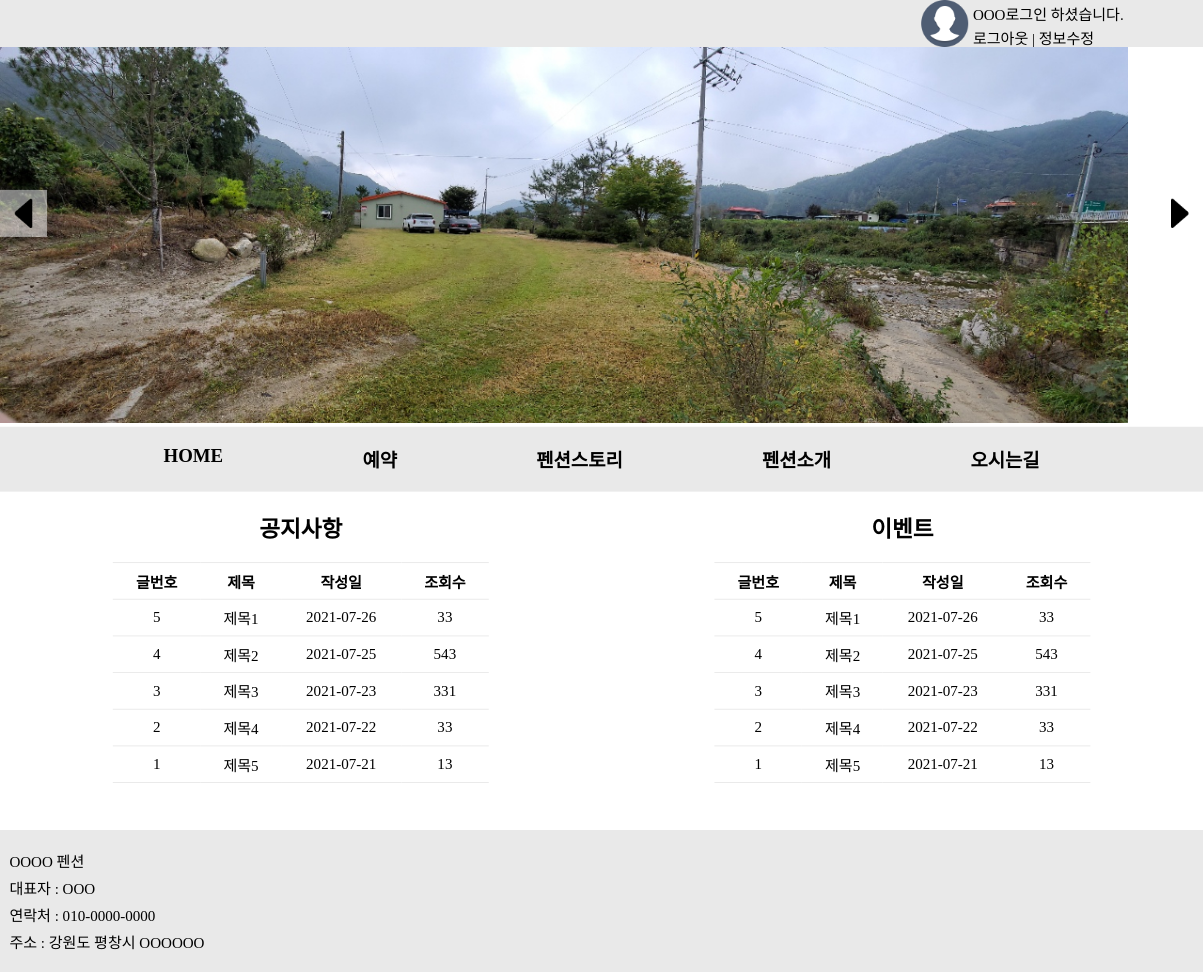
Repository: cdnwell/Jsp
Page: http://localhost/Step01/07_index.jsp
These files come from the project's save history. The page is drawn as it stood at one moment and after the next save; the edit follows.
The browser window is 1280 px wide. The pictures show the whole page, at 94% of full size.
The page is served by Tomcat 9.

Above is the page before, as saved 2022-06-29 06:01:43.

### Step01/src/main/webapp/07_index.jsp
<%@ page language="java" contentType="text/html; charset=UTF-8"
    pageEncoding="UTF-8"%>
<!DOCTYPE html>
<html>
<head>
    <meta charset='utf-8'>
    <meta http-equiv='X-UA-Compatible' content='IE=edge'>
    <title>펜션</title>
    <meta name='viewport' content='width=device-width, initial-scale=1'>

</head>
<body>
<jsp:include page="template/pheader.jsp"></jsp:include>
<section>
    <article>
        <h2>공지사항</h2>
        <table>
            <tr>
                <th>글번호</th>
                <th>제목</th>
                <th>작성일</th>
                <th>조회수</th>
            </tr>
            <tr>
                <td>5</td>
                <td>제목1</td>
                <td>2021-07-26</td>
                <td>33</td>
            </tr>
            <tr>
                <td>4</td>
                <td>제목2</td>
                <td>2021-07-25</td>
                <td>543</td>
            </tr>
            <tr>
                <td>3</td>
                <td>제목3</td>
                <td>2021-07-23</td>
                <td>331</td>
            </tr>
            <tr>
                <td>2</td>
                <td>제목4</td>
                <td>2021-07-22</td>
                <td>33</td>
            </tr>
            <tr>
                <td>1</td>
                <td>제목5</td>
                <td>2021-07-21</td>
                <td>13</td>
            </tr>
        </table>
    </article>
    <article>
        <h2>이벤트</h2>
        <table>
            <tr>
                <th>글번호</th>
                <th>제목</th>
                <th>작성일</th>
                <th>조회수</th>
            </tr>
            <tr>
                <td>5</td>
                <td>제목1</td>
                <td>2021-07-26</td>
                <td>33</td>
            </tr>
            <tr>
                <td>4</td>
                <td>제목2</td>
                <td>2021-07-25</td>
                <td>543</td>
            </tr>
            <tr>
                <td>3</td>
                <td>제목3</td>
                <td>2021-07-23</td>
                <td>331</td>
            </tr>
            <tr>
                <td>2</td>
                <td>제목4</td>
                <td>2021-07-22</td>
                <td>33</td>
            </tr>
            <tr>
                <td>1</td>
                <td>제목5</td>
                <td>2021-07-21</td>
                <td>13</td>
            </tr>
        </table>
    </article>
</section>
<jsp:include page="template/pfooter.jsp"></jsp:include>
</body>
</html>

### Step01/src/main/webapp/template/pheader.jsp
<%@ page language="java" contentType="text/html; charset=UTF-8"
    pageEncoding="UTF-8"%>
<style>
        *{
            margin: 0;
            padding: 0;
        }
        .flex_container{
            display: flex;
            flex-direction: column;
            width: 1200px;
            margin: 0 auto;
            font-size: 0px;
        }
        #member_bar{
            height: 50px;
            background-color: #e9e9e9;
            text-align: right;
        }
        #member_bar img{
            width: 50px;
            float: left;
        }
        #member_bar > div > p{
            width: 200px;
            float: left;
            font-size: 16px;
            text-align: left;
            padding-left: 5px;
            margin-top: 2px;
        }
        #member_bar > div{
            width: 300px;
            display: inline-block;
        }
        nav{
            padding:20px 100px;
            background-color: #e9e9e9;
        }
        nav ul{
            list-style-type: none;
            display: flex;
            flex-direction: row;
            justify-content: space-around;
        }

        nav a:link,nav a:visited{
            font-size: 20px;
            font-weight: bold;
            text-decoration: none;
            color:black;
        }
        .ad_img {
            position: relative;
        }
        .ad_img button{
            background: none;
            border: none;
            position: absolute;
            background-color: rgba(255, 255, 255, 0.5);
            width: 50px;
            height: 50px;
        }
        .ad_img button img{
            width: 50px;
        }
        .left_arrow{
            top : calc(50% - 50px);
        }
        .right_arrow{
            top : calc(50% - 50px);
            right: 0px;
            transform: rotate(180deg);
        }
        section{
            margin-top: 20px;
            display: flex;
            flex-direction: row;
            justify-content: space-around;
        }
        section h2{
            font-size : 24px;
            margin-bottom: 20px;
            text-align: center;
        }
        section table{
            width: 100%;
            border-collapse: collapse;
            font-size: 16px;
            text-align: center;
        }
        section table td,section table th{
            padding:7px 20px;
            border-top: 1px solid #e9e9e9;
            border-bottom: 1px solid #e9e9e9;
        }

        article{
            width: 400px;
        }
        footer{
            margin-top: 50px;
            padding:15px 10px;
            font-size: 16px;
            background-color: #e9e9e9;
        }
        footer ul{
            list-style-type: none;
        }
        footer ul li{
            margin: 5px 0px;
        }
    </style>


        <header>
   <div id="member_bar">
      <div>
         <img src="resource/images/profile.png" alt="">
         <p>OOO로그인 하셨습니다.</p>
         <p>로그아웃 | 정보수정</p>
      </div>
   </div>
   <div class="ad_img">
      <button class="left_arrow">
         <img src="resource/images/left_arrow.png" alt="">
      </button>
      <button class="right_arrow">
         <img src="resource/images/left_arrow.png" alt="">
      </button>
      <img src="resource/images/main_4.jpg" alt="">
   </div>
</header>
<nav>
   <ul>
      <li><a href="main.jsp">HOME</a></li>
      <li><a href="sub_page2.jsp">예약</a></li>
      <li><a href="#">펜션스토리</a></li>
      <li><a href="#">펜션소개</a></li>
      <li><a href="sub_page1.jsp">오시는길</a></li>
   </ul>
</nav>

### Step01/src/main/webapp/template/pfooter.jsp
<%@ page language="java" contentType="text/html; charset=UTF-8"
    pageEncoding="UTF-8"%>
<footer>
      <ul>
         <li>OOOO 펜션</li>
         <li>대표자 : OOO</li>
         <li>연락처 : 010-0000-0000</li>
         <li>주소 : 강원도 평창시 OOOOOO</li>
      </ul>
   </footer>
</div>

After the next save:
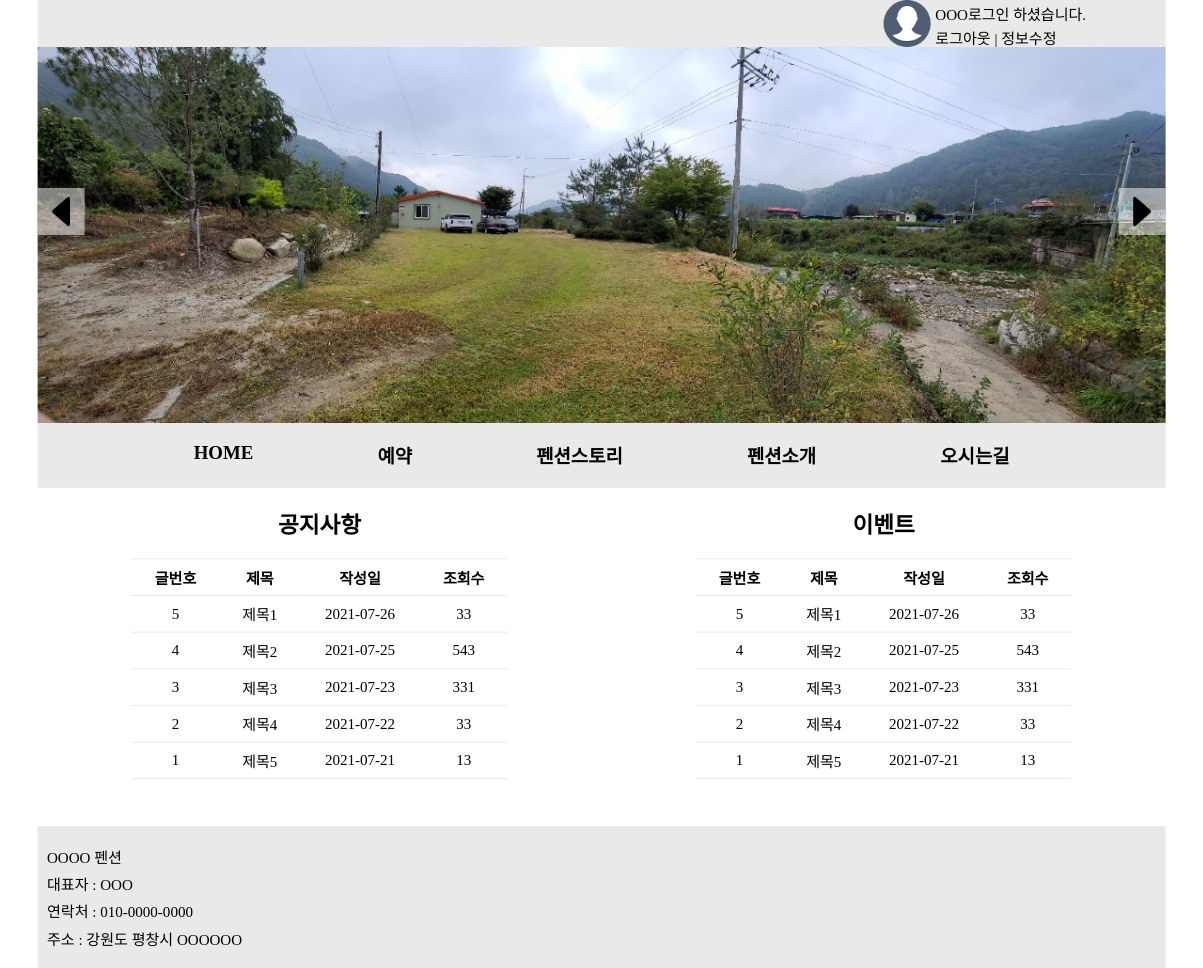
Saved 5 min 11 s later.
--- a/Step01/src/main/webapp/07_index.jsp
+++ b/Step01/src/main/webapp/07_index.jsp
@@ -10,6 +10,7 @@
 
 </head>
 <body>
+<div class="flex_container">
 <jsp:include page="template/pheader.jsp"></jsp:include>
 <section>
     <article>
